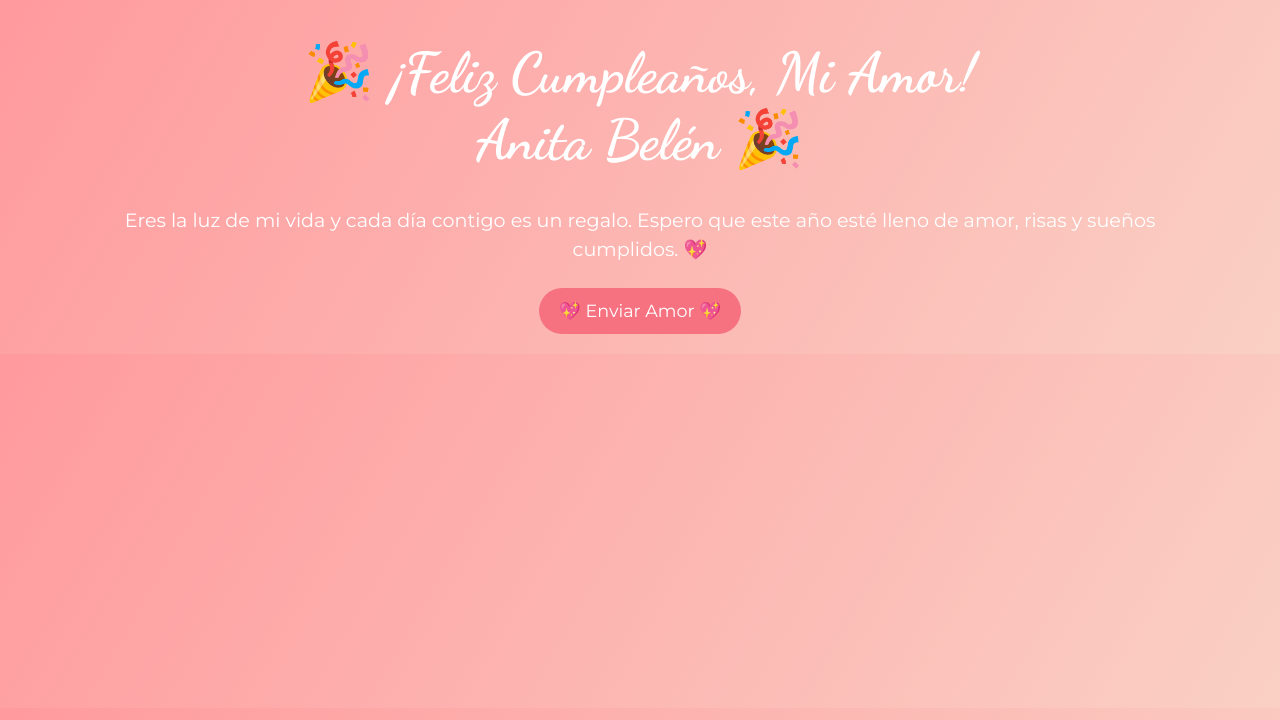
Repository: Jchimbo99/Esposa
Page: index.html
These files come from the project's save history. The page is drawn as it stood at one moment and after a run of saves; the edit follows.
The browser window is 1280 px wide. The pictures show the whole page.

Above is the page before, as saved 2025-01-24 09:26:27.

After the next 2 saves:
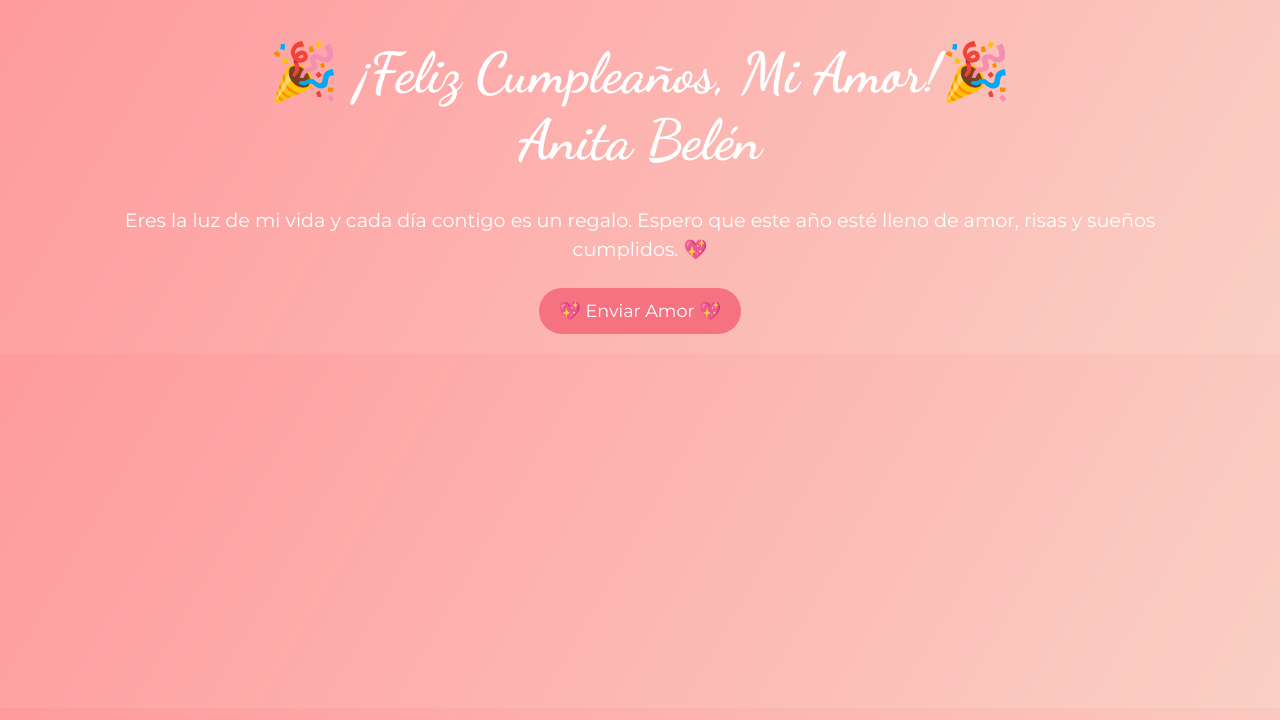
The 2 saves are shown as one change because they came seconds apart.
The last was saved 6 s later.
--- a/index.html
+++ b/index.html
@@ -66,8 +66,8 @@
 </head>
 <body>
     <div class="container">
-        <h1>🎉 ¡Feliz Cumpleaños, Mi Amor!
-            <br>Anita Belén 🎉</h1>
+        <h1>🎉 ¡Feliz Cumpleaños, Mi Amor!🎉
+            <br>Anita Belén </h1>
         <br>
 
         <p>Eres la luz de mi vida y cada día contigo es un regalo. Espero que este año esté lleno de amor, risas y sueños cumplidos. 💖</p>
